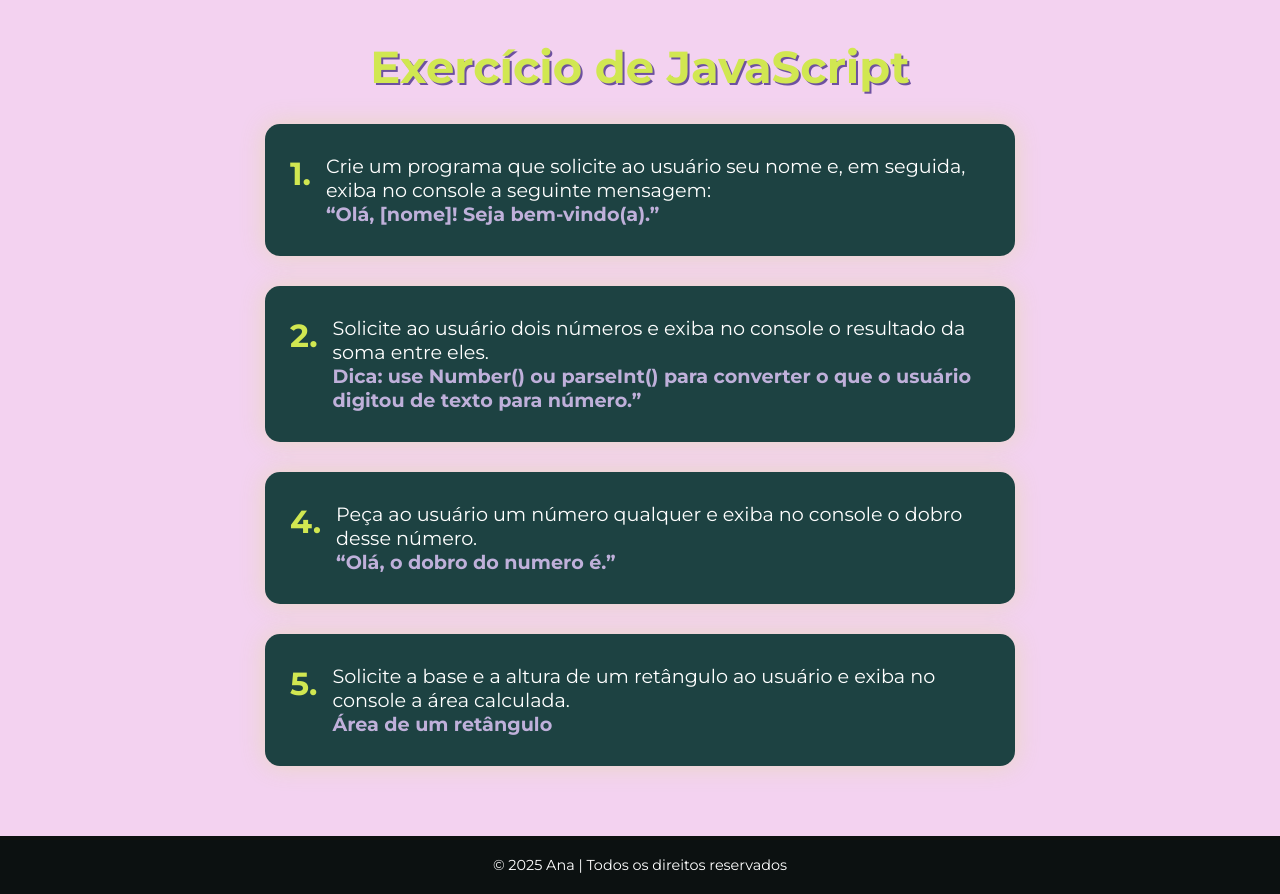
Repository: Anajaraa/atividadeJS
Page: index.html
These files come from the project's save history. The page is drawn as it stood at one moment and after the next save; the edit follows.
The browser window is 1280 px wide. The pictures show the whole page.
Some web fonts or font styles are not loaded; a fallback is used.

Above is the page before, as saved 2025-08-05 12:01:48.

### index.html
<!DOCTYPE html>
<html lang="pt-br">
<head>
  <meta charset="UTF-8" />
  <meta name="viewport" content="width=device-width, initial-scale=1.0" />
  <title>Exercícios de JavaScript</title>
  <link rel="stylesheet" href="style.css" />
</head>
<body>
    <main class="container">
    <h1>Exercício de JavaScript</h1>
    <section class="card">
      <p class="numero">1.</p>
      <p class="descricao">
        Crie um programa que solicite ao usuário seu nome e, em seguida, exiba no console a seguinte mensagem: <br>
        <strong>“Olá, [nome]! Seja bem-vindo(a).”</strong>
      </p>
    </section>
    <section class="card">
      <p class="numero">2.</p>
      <p class="descricao">
        Solicite ao usuário dois números e exiba no console o resultado da soma entre eles.
  <br>
        <strong>Dica: use Number() ou parseInt() para converter o que o usuário digitou de texto para número.”</strong>
      </p>
    </section>

     <section class="card">
      <p class="numero">4.</p>
      <p class="descricao">
        Peça ao usuário um número qualquer e exiba no console o dobro desse número.
  <br>
        <strong>“Olá, o dobro do numero é.”</strong>
      </p>
    </section>

     <section class="card">
      <p class="numero">5.</p>
      <p class="descricao">
        Solicite a base e a altura de um retângulo ao usuário e exiba no console a área calculada.
  <br>
        <strong>Área de um retângulo</strong>
      </p>
    </section>

  </main>

  <footer>
    © 2025 Ana | Todos os direitos reservados
  </footer>
</body>
<script src="script.js"></script>
</html>

### style.css

@import url('https://fonts.googleapis.com/css2?family=Montserrat:ital,wght@0,100..900;1,100..900&family=Sofia&display=swap');
/* Reset básico */
/* Reset */
* {
  margin: 0;
  padding: 0;
  box-sizing: border-box;
}

body {
  font-family: "Montserrat", sans-serif;
  background-color: #f3d2f0;
  color: #ffffff;
  display: flex;
  flex-direction: column;
  min-height: 100vh;
}

.container {
  flex: 1;
  display: flex;
  flex-direction: column;
  align-items: center;
  justify-content: center;
  padding: 40px 20px;
  text-align: center;
}

h1 {
  font-size: 2.8rem;
  margin-bottom: 30px;
  color: #d1e751;
  text-shadow: 2px 2px #6d51a0;
}

.card {
  background-color: #1d4242;
  padding: 30px 25px;
  border-radius: 15px;
  max-width: 750px;
  width: 90%;
  box-shadow: 0 0 25px rgba(209, 231, 81, 0.3);
  display: flex;
  gap: 15px;
  align-items: flex-start;
  margin-bottom: 30px; /* <<< AQUI ESTÁ A MÁGICA */
}

.numero {
  font-size: 2rem;
  color: #d1e751;
  font-weight: bold;
}

.descricao {
  font-size: 1.2rem;
  color: #ffffff;
  text-align: left;
}

.descricao strong {
  color: #bfb0da;
  font-weight: bold;
}

footer {
  text-align: center;
  padding: 20px;
  font-size: 0.9rem;
  background-color: #0c1111;
  color: #ffffff;
}

### script.js


//RESPOSTA Exercício 1
//const nome = prompt("Digite seu nome:");
//alert(`Olá, ${nome}! Seja bem-vindo(a).`);

//RESPOSTA Exercício 2
//const num1 = prompt("Digite um número:");
//const num2 = prompt("Digite outro número:");
//const soma = parseInt(num1) + parseInte(num2);
//alert(`A soma dos números é: ${soma}`);

//RESPOSTA Exercício 4
//onst num = prompt("Digite um número:");
//const doub = parseInt(num) * 2;
//alert(`O dobro do número é: ${doub}`);


//RESPOSTA Exercício 5

//const base =  prompt("Digite a base:");
//const altura = prompt("Digite a altura:");
//const area = parseFloat(base) * parseFloat(altura);
//console.log(`A área do retângulo é: ${area}`);

After the next save:
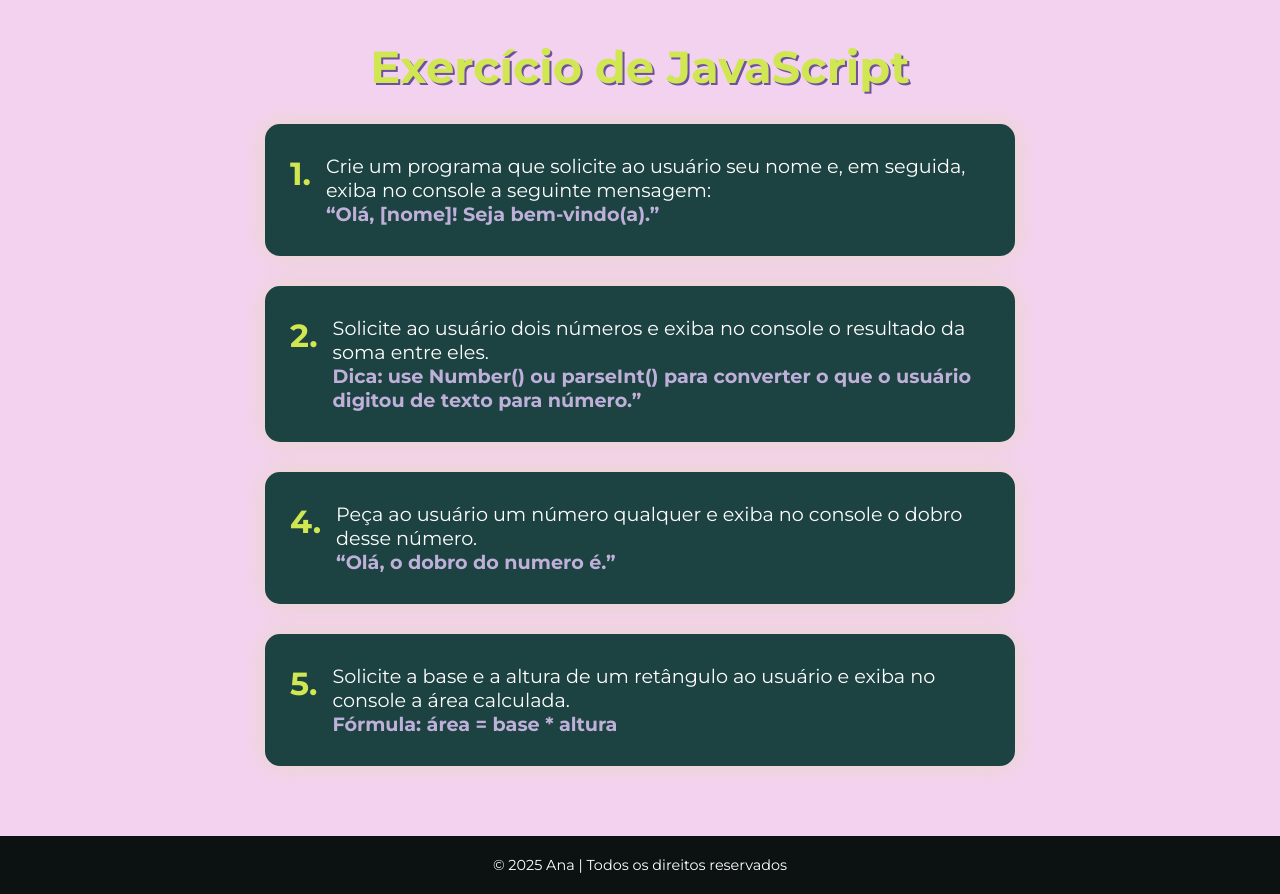
Saved 5 min 45 s later.
--- a/index.html
+++ b/index.html
@@ -39,7 +39,7 @@
       <p class="descricao">
         Solicite a base e a altura de um retângulo ao usuário e exiba no console a área calculada.
   <br>
-        <strong>Área de um retângulo</strong>
+        <strong>Fórmula: área = base * altura</strong>
       </p>
     </section>
 
